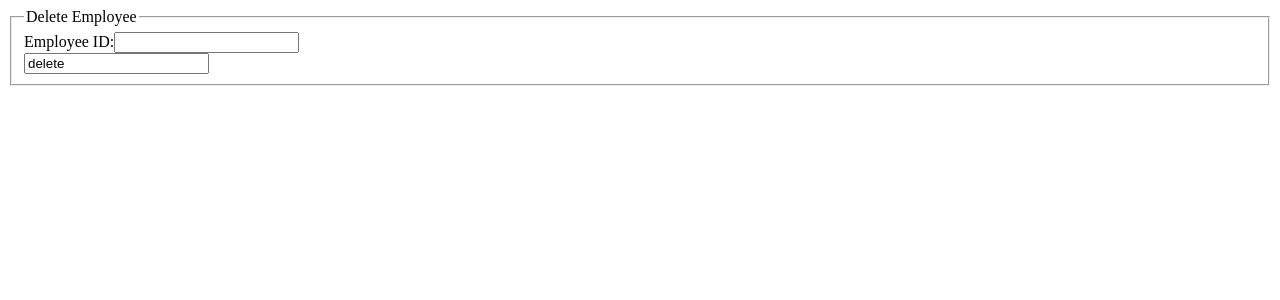
Repository: ramanagouda1001/TY_CG_HTD_BangaloreNovember_JFS_RamanagoudaB
Page: BackEnd/servelet/mywebapp/src/main/webapp/deleteEmpForm.html
The author's editor kept a copy of each file at every save. The page is drawn from the files as they stood at one save, then again after the next save.
The browser window is 1280 px wide. The pictures show the whole page.

Above is the page before, as saved 2019-12-17 08:06:52.

After the next save:
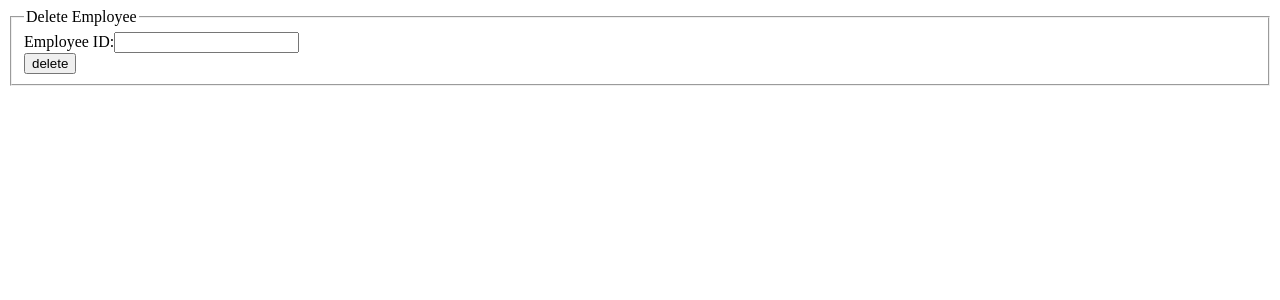
Saved 102 s later.
--- a/BackEnd/servelet/mywebapp/src/main/webapp/deleteEmpForm.html
+++ b/BackEnd/servelet/mywebapp/src/main/webapp/deleteEmpForm.html
@@ -10,7 +10,7 @@
 	<form action="./deleteEmployee" method="get">
 		Employee ID:<input type="number" name="empId" required><br>
 
-		<input type="sumbit" value="delete">
+		<input type="submit" value="delete">
 	</form>
 </fieldset>
 </body>
